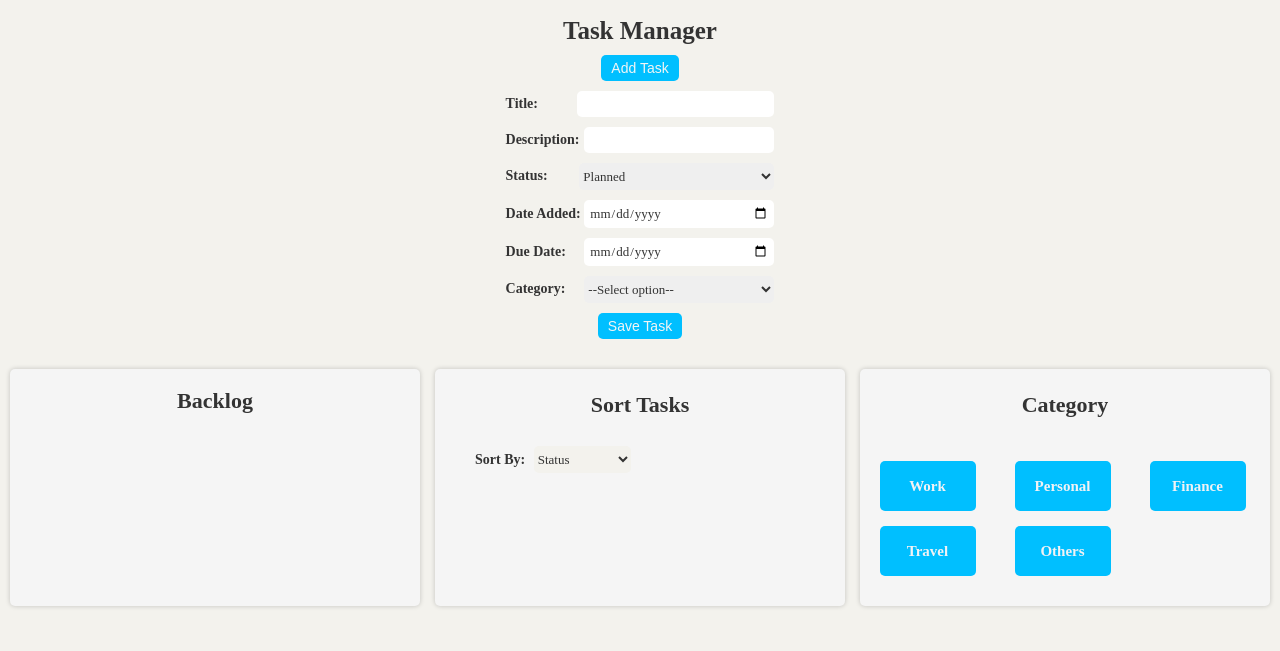
Repository: n-shen/task-tracker
Page: / (app in frontend/), after clicking the first element matching `button.addTask-btn`
These files come from the project's save history. The page is drawn as it stood at one moment and after the next save; the edit follows.
The browser window is 1280 px wide. The pictures show the whole page.
The project was rebuilt for these pictures with package versions that can differ from the ones it lists, and the page was loaded fresh each time. Also part of the build but not shown: frontend/src/components/tasks/task.jsx, frontend/src/components/taskManager/categoryTasks.jsx. Imported but missing from the stored project, and not drawn on this page: frontend/src/reportWebVitals.

Above is the page before, as saved 2023-04-20 19:54:58.

After the next save:
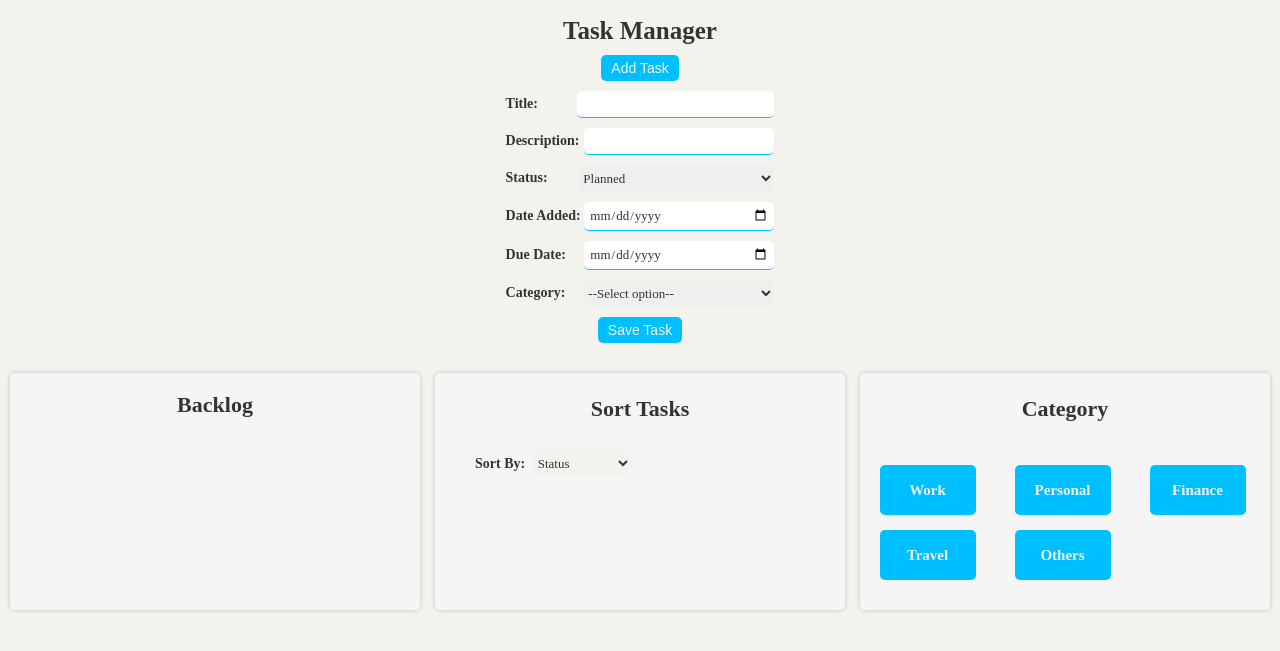
Saved 31 s later.
--- a/frontend/src/styles/addTasks.css
+++ b/frontend/src/styles/addTasks.css
@@ -71,6 +71,7 @@
   font-family: "Fira Sans";
   color: #333;
   border: none;
+  border-bottom: 1px solid #00bfff;
   outline: none;
 }
 

After the save that followed:
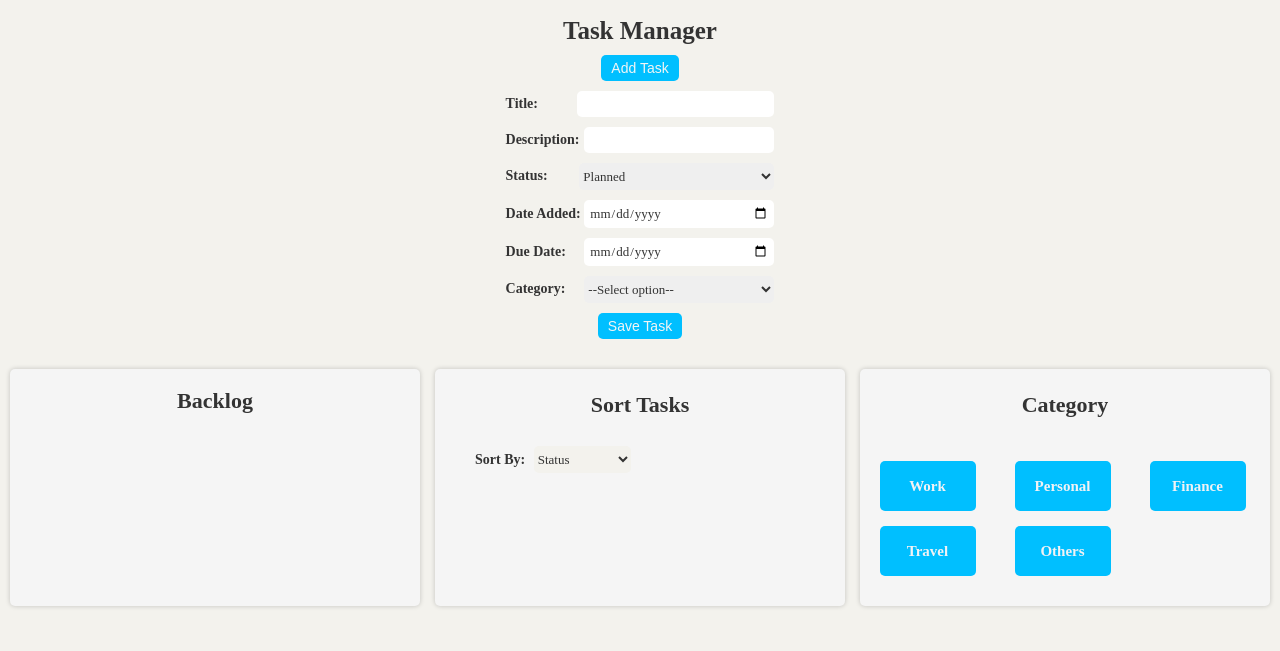
Saved 19 s later.
--- a/frontend/src/styles/addTasks.css
+++ b/frontend/src/styles/addTasks.css
@@ -71,7 +71,6 @@
   font-family: "Fira Sans";
   color: #333;
   border: none;
-  border-bottom: 1px solid #00bfff;
   outline: none;
 }
 
